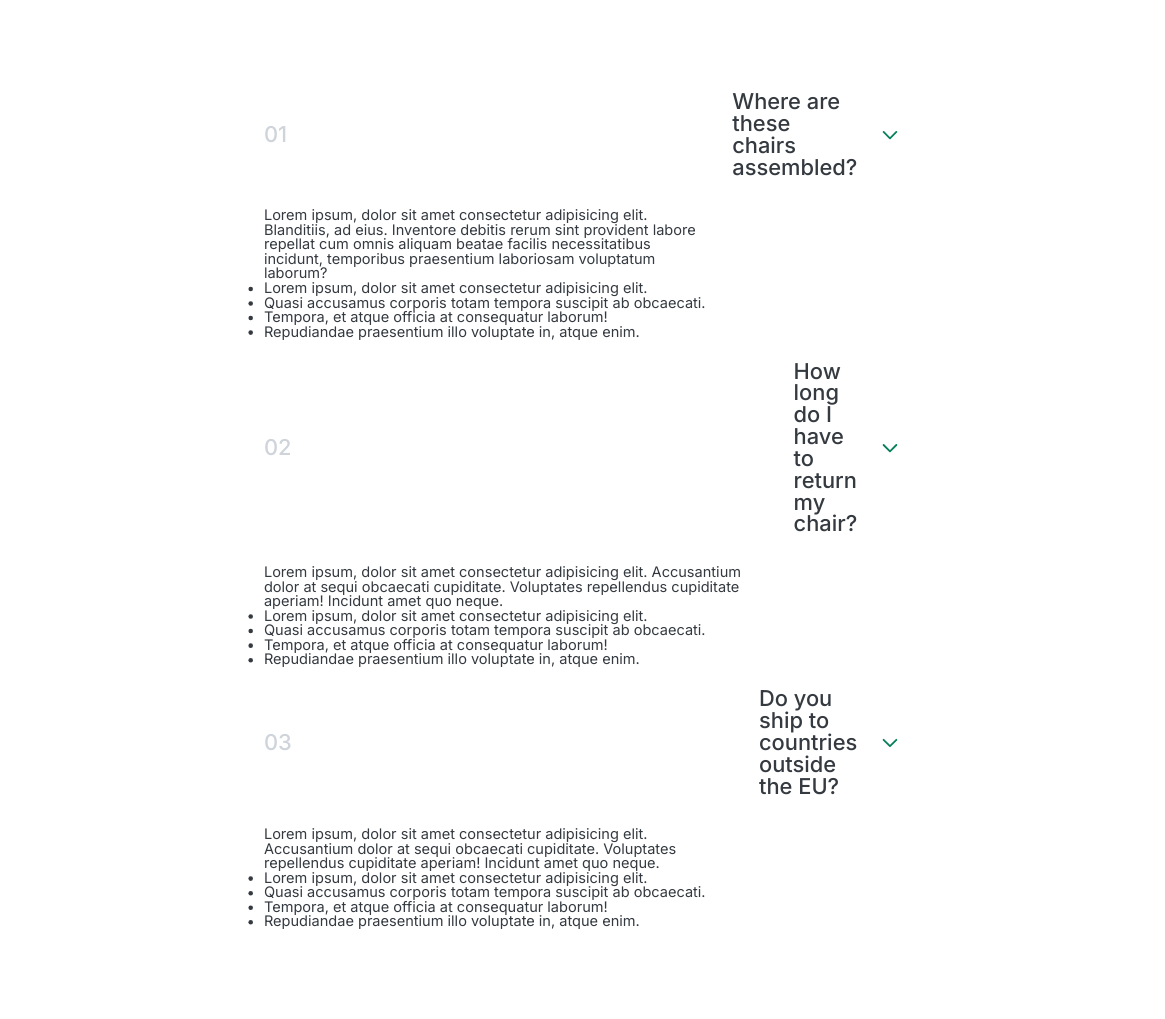
Repository: nghiakma/HTML-CSS-Fundamental
Page: Component_LayoutPatterns/accordion.html
These files come from the project's save history. The page is drawn as it stood at one moment and after the next save; the edit follows.
The browser window is 1280 px wide. The pictures show the whole page, at 91% of full size.

Above is the page before, as saved 2023-08-26 11:08:47.

After the next save:
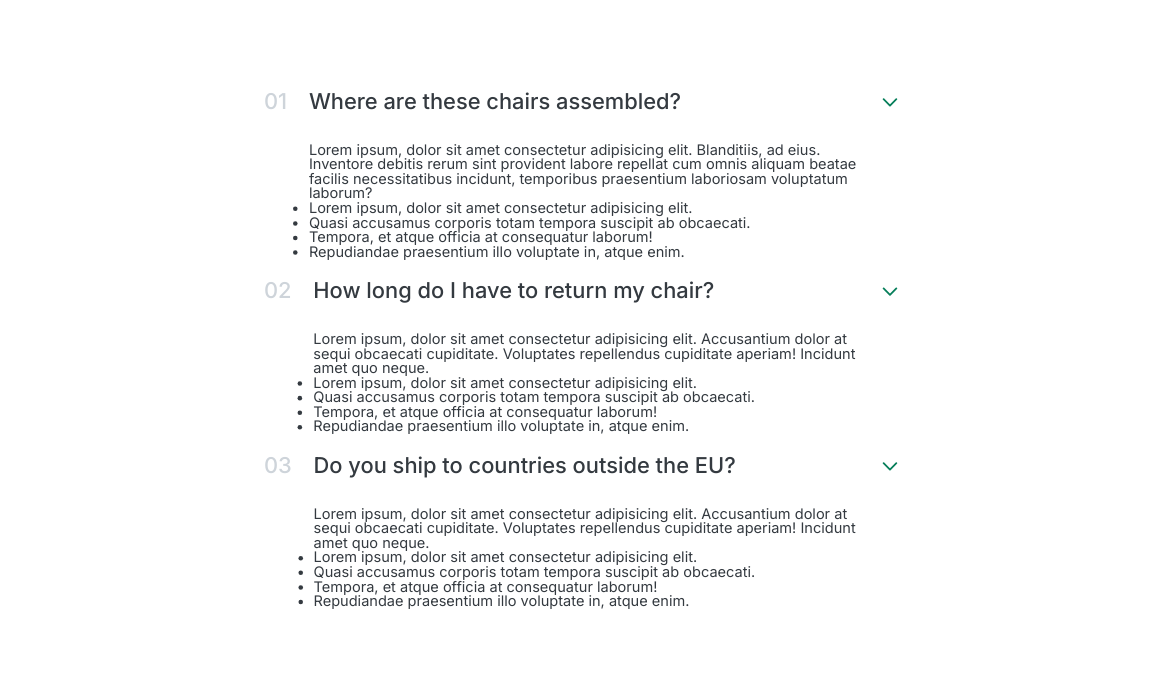
Saved 53 s later.
--- a/Component_LayoutPatterns/accordion.html
+++ b/Component_LayoutPatterns/accordion.html
@@ -59,6 +59,10 @@
       stroke: #087f5b;
       width: 24px;
       height: 24px;
+    }
+
+    .hidden-box {
+      grid-column: 2;
     }
   </style>
 </head>
